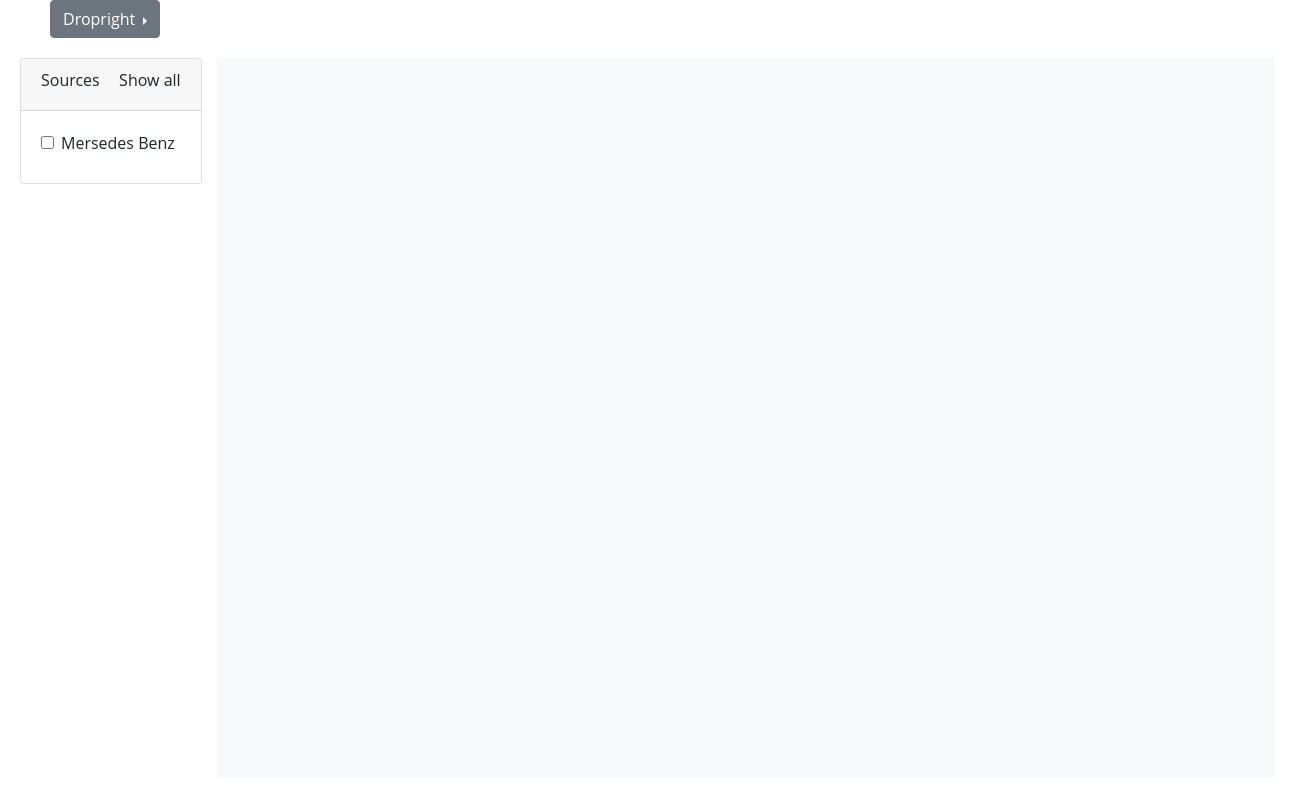
Repository: tts2610/GoogleNews
Page: index.html
An editor plug-in stored every save of this project. The page is shown before and after the next save, followed by the edit.
The browser window is 1280 px wide. The page is 1295 px wide, so the pictures cover 1295 px, including what lies to the right of the window. The pictures show the whole page.
The page's requests for data from a server got no answer. Some web libraries are served in a nearby version.

Above is the page before, as saved 2020-05-21 01:22:40.

After the next save:
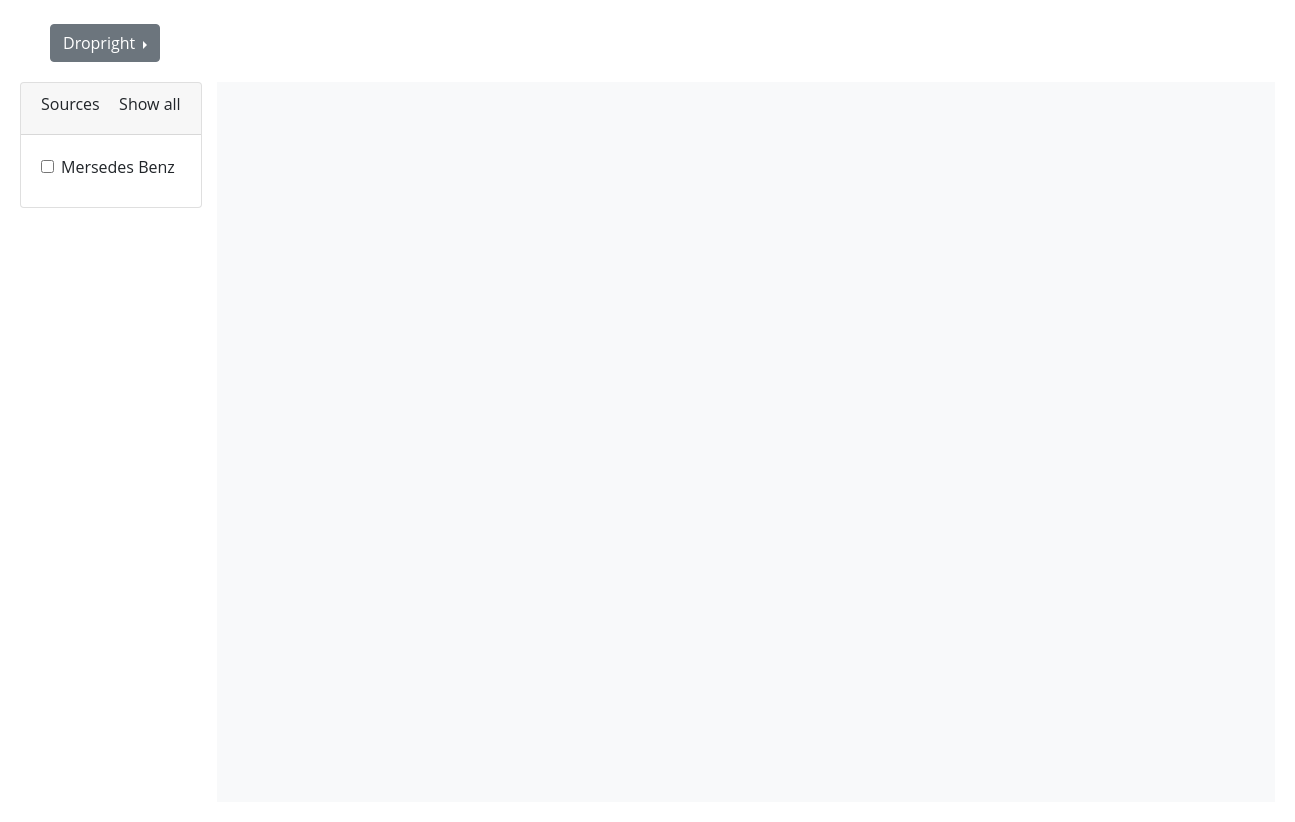
Saved 32 s later.
--- a/index.html
+++ b/index.html
@@ -25,7 +25,7 @@
 
 <body>
     <div class="myContainer">
-        <div class="btn-group dropright" style="margin-left: -450px;">
+        <div class=" mt-4 btn-group dropright" style="margin-left: -450px;">
             <button type="button" class="btn btn-secondary dropdown-toggle" data-toggle="dropdown" aria-haspopup="true" aria-expanded="false">
               Dropright
             </button>
